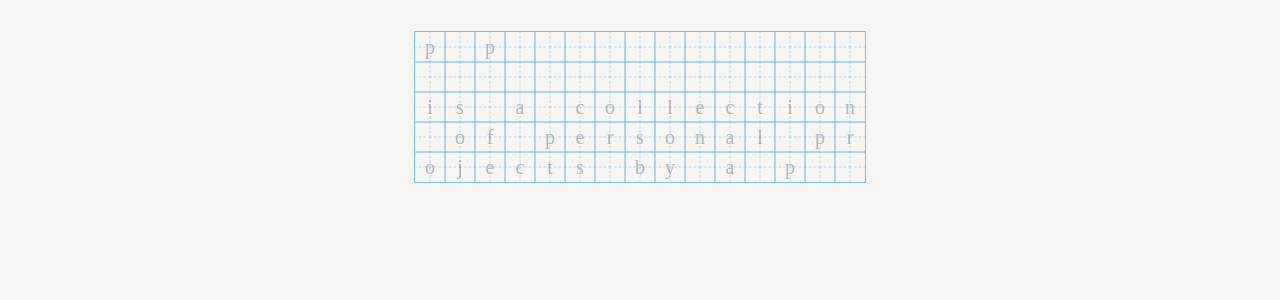
Repository: pyrcl090/p-p
Page: index.html
The author's editor kept a copy of each file at every save. The page is drawn from the files as they stood at one save, then again after the next save.
The browser window is 1280 px wide. The pictures show the whole page.
The page's requests for data from a server got no answer. Some web fonts or font styles are not loaded; a fallback is used.

Above is the page before, as saved 2025-04-19 23:38:24.

### index.html
<!DOCTYPE html>
<html lang="en">
<head>
    <meta charset="UTF-8">
    <meta name="viewport" content="width=device-width, initial-scale=1.0">
    <title>P</title>
    <link rel="stylesheet" href="style.css">
</head>
<body>

    <div class="grid-wrapper">
        <div class="grid-border" id="grid-border">
          <!-- JavaScript will populate .grid-item elements here -->
        </div>
      </div>

        <!-- <div class="grid-wrapper">
          <div class="grid-container"></div>
          <div class="overlay-grid"></div>
        </div> -->

        <script src="script.js" async defer></script>
</body>
</html>

### style.css
@font-face {
  font-family: 'HMP';
  src: url("./assets/hiragino-maru-gothic-pron-w4.otf") format("truetype");
}

a {
  color: rgb(167, 151, 0);
  opacity: .5;
}

html, body {
  background-color: rgb(247, 246, 242);
  margin: 0;
  padding: 0;
  font-family: 'HMP';
}

body {

}

.grid-wrapper {
  padding: 2em;
  display: flex;
  justify-content: flex-start;
  align-items: center;
  flex-direction: column;
  width: 100%;
  min-height: 100vh;
  box-sizing: border-box;
}

.grid-border {
  display: flex;
  flex-direction: column;
  align-items: center;
  gap: 2em;
}

/* Inner container holding grid + overlay */
.grid-wrapper-inner {
  position: relative;
  display: inline-block;
  line-height: 0;
}

/* Grid background */
.grid-columns-rows {
  display: grid;
  grid-template-columns: repeat(15, 30px);
  grid-auto-rows: 30px;
  gap: 0;
  outline: 1px solid rgb(88, 181, 253);
  pointer-events: none;
  z-index: 1;
}

/* Each subcell (quad layout) */
.grid-columns-rows .grid-item {
  display: grid;
  grid-template-columns: repeat(2, 1fr);
  grid-template-rows: repeat(2, 1fr);
  width: 30px;
  height: 30px;
  outline: 0.5px solid rgb(88, 181, 253);
  opacity: 0.6;
}

.sub-cell {
  outline: 0.15px dashed rgb(88, 181, 253);
  opacity: 0.4;
  width: 100%;
  height: 100%;
}

/* Overlaid text */
.grid-content {
  display: grid;
  grid-template-columns: repeat(15, 30px);
  grid-auto-rows: 30px;
  gap: 0;
  position: absolute;
  top: 0;
  left: 0;
  z-index: 2;
}

.overlay-item {
  width: 30px;
  height: 30px;
  font-size: 20px;
  text-align: center;
  display: flex;
  justify-content: center;
  align-items: center;
  font-family: 'HMP';
  color: rgba(113, 113, 113, 0.6);
  line-height: 1;
  white-space: nowrap;
  pointer-events: auto;
}

.grid-image {
  width: 100%;  /* Ensure it fills the available width of the wrapper */
  display: block;  /* Block display to avoid inline issues */
  object-fit: contain;  /* Maintain aspect ratio and fit within the container */
  max-height: calc(30px * 10);  /* Ensure the image doesn't exceed the height of 5 rows */
  margin: 0; /* Remove any default margin */
  opacity: .9;
}

.grid-image-wrapper {
  display: flex;  /* Flexbox enables easy alignment of the image */
  justify-content: flex-start;  /* Default alignment to center, you can change it via JS */
  align-items: flex-start;  /* Vertically center the image */
  width: 100%;  /* Make sure it spans the full width of the grid column */
  height: calc(30px * 5);  /* Ensure it takes up exactly 5 rows in height */
}

.grid-item {
  display: flex;
  flex-direction: column;
  width: fit-content;
  opacity: .8;
}

.grid-item.channel-name {
  cursor: pointer;
}

.grid-item.channel-content {
  display: none;
}
/* .content-separator {
  grid-column: span 15;
  height: 30px;
} */

### script.js
const channels = [
  'p-pp-vz1bkeezvp0',
  'read-re_d-rode',
  'putaiinnnnn'
];

const menuItems = [
  {
    title: 'p p',
    content: '                          is a collection of personal projects by a p '
  }
];

const gridBorder = document.getElementById('grid-border');
const cols = 15;
const cellSize = 30;
let currentlyOpenId = null;
const loadedChannels = new Set();

function createGridStructure(numItems) {
  const grid = document.createElement('div');
  grid.className = 'grid-columns-rows';
  const rows = Math.ceil(numItems / cols);
  const totalCells = rows * cols;

  for (let i = 0; i < totalCells; i++) {
    const cell = document.createElement('div');
    cell.className = 'grid-item';

    for (let j = 0; j < 4; j++) {
      const sub = document.createElement('div');
      sub.className = 'sub-cell';
      cell.appendChild(sub);
    }

    grid.appendChild(cell);
  }

  return grid;
}

function createOverlayItem(char, isLink = false, href = '') {
  const div = document.createElement('div');
  div.className = 'overlay-item';

  if (isLink) {
    const a = document.createElement('a');
    a.href = href;
    a.target = '_blank';
    a.textContent = char;
    a.style.textDecoration = 'none';
    a.style.color = 'inherit';
    div.appendChild(a);
  } else {
    div.textContent = char;
  }

  return div;
}

function addTextBlock(text, container) {
  for (const char of text) {
    const div = createOverlayItem(char);
    container.appendChild(div);
  }

  const remainder = text.length % cols;
  if (remainder !== 0) {
    for (let i = 0; i < cols - remainder; i++) {
      container.appendChild(document.createElement('div'));
    }
  }
}

// ✅ New function to fetch all blocks across pages
async function fetchAllBlocks(slug) {
  let page = 1;
  let blocks = [];
  let hasMore = true;

  while (hasMore) {
    const res = await fetch(`https://api.are.na/v2/channels/${slug}?per=100&page=${page}`);
    const data = await res.json();
    blocks = blocks.concat(data.contents);
    hasMore = data.contents.length === 100;
    page++;
  }

  console.log(`Fetched ${blocks.length} blocks from channel: ${slug}`);
  return blocks;
}

async function fillChannelContent(contentEl, slug) {
  console.log('Filling channel content:', slug);

  try {
    const [channelMeta, blocks] = await Promise.all([
      fetch(`https://api.are.na/v2/channels/${slug}?per=1`).then(res => res.json()),
      fetchAllBlocks(slug)
    ]);

    let totalCells = 0;

    // ✅ Add channel description first (if any)
    if (channelMeta.metadata?.description) {
      console.log(`Channel description: ${channelMeta.metadata.description}`);
      addTextBlock(channelMeta.metadata.description, contentEl);
      totalCells += channelMeta.metadata.description.length;
      totalCells += (cols - (channelMeta.metadata.description.length % cols)) % cols;
    }

    for (const block of blocks) {
      console.log(`Block class: ${block.class}`, block);

      if (block.image?.display?.url) {
        const img = document.createElement('img');
        img.src = block.image.display.url;
        img.className = 'grid-image';

        const colSpan = 15;
        const rowSpan = 10;

        img.style.gridColumn = `span ${colSpan}`;
        img.style.gridRow = `span ${rowSpan}`;
        img.style.justifySelf = Math.random() > 0.5 ? 'flex-start' : 'flex-end';

        contentEl.appendChild(img);
        totalCells += colSpan * rowSpan;
      }

      if (block.file?.url) {
        const fileLink = document.createElement('a');
        fileLink.href = block.file.url;
        fileLink.target = '_blank';
        fileLink.textContent = `View file: ${block.file.name || 'Document'}`;
        contentEl.appendChild(fileLink);
        contentEl.appendChild(document.createElement('br'));

        totalCells += 2;
      }

      const text = block.content || block.title || block.body || '';
      if (text) {
        addTextBlock(text, contentEl);
        totalCells += text.length;
        totalCells += (cols - (text.length % cols)) % cols;
      }
    }

    const rowsNeeded = Math.ceil(totalCells / cols);
    const totalCellsNeeded = rowsNeeded * cols;
    console.log(`Total cells needed: ${totalCellsNeeded}`);

    const wrapper = contentEl.closest('.grid-wrapper-inner');
    const oldGrid = wrapper.querySelector('.grid-columns-rows');
    if (oldGrid) oldGrid.remove();

    const newGrid = createGridStructure(totalCellsNeeded);
    wrapper.insertBefore(newGrid, contentEl);

    loadedChannels.add(slug);
    console.log(`Finished rendering content for: ${slug}`);
  } catch (error) {
    console.error(`Error filling content for ${slug}:`, error);
  }
}

function toggleContent(id, slug) {
  const contentWrapper = document.getElementById(id);
  const contentItem = contentWrapper.closest('.channel-content');

  if (currentlyOpenId && currentlyOpenId !== id) {
    const prevWrapper = document.getElementById(currentlyOpenId);
    const prevItem = prevWrapper?.closest('.channel-content');
    if (prevItem) prevItem.style.display = 'none';
  }

  const isOpen = contentItem.style.display === 'block';

  if (isOpen) {
    contentItem.style.display = 'none';
    currentlyOpenId = null;
  } else {
    contentItem.style.display = 'block';
    currentlyOpenId = id;

    if (!loadedChannels.has(slug)) {
      fillChannelContent(contentWrapper, slug);
    }
  }
}

function createChannelItem(channelData, index) {
  const slug = channelData.slug;
  const title = channelData.title || `Channel ${index + 1}`;
  const contentId = `channel-content-${index}`;

  const nameItem = document.createElement('div');
  nameItem.className = 'grid-item channel-name';

  const grid = createGridStructure(title.length);
  const content = document.createElement('div');
  content.className = 'grid-content';

  for (const char of title) {
    const item = createOverlayItem(char);
    item.style.cursor = 'pointer';
    item.addEventListener('click', () => toggleContent(contentId, slug));
    content.appendChild(item);
  }

  const wrapper = document.createElement('div');
  wrapper.className = 'grid-wrapper-inner';
  wrapper.appendChild(grid);
  wrapper.appendChild(content);
  nameItem.appendChild(wrapper);
  gridBorder.appendChild(nameItem);

  const contentItem = document.createElement('div');
  contentItem.className = 'grid-item channel-content';
  contentItem.style.display = 'none';

  const contentGrid = createGridStructure(200); // Initial placeholder
  const contentOverlay = document.createElement('div');
  contentOverlay.className = 'grid-content';
  contentOverlay.id = contentId;

  const contentWrapper = document.createElement('div');
  contentWrapper.className = 'grid-wrapper-inner';
  contentWrapper.appendChild(contentGrid);
  contentWrapper.appendChild(contentOverlay);

  contentItem.appendChild(contentWrapper);
  gridBorder.appendChild(contentItem);
}

// ✅ Renders the always-visible menu with title and content
function renderMenu() {
  menuItems.forEach((menuData, index) => {
    const text = `${menuData.title}\n${menuData.content}`;
    const textLength = text.length;

    const menuItem = document.createElement('div');
    menuItem.className = 'grid-item channel-content';
    menuItem.style.display = 'block';

    const menuGrid = createGridStructure(textLength);
    const menuContent = document.createElement('div');
    menuContent.className = 'grid-content';

    addTextBlock(text, menuContent);

    const menuWrapper = document.createElement('div');
    menuWrapper.className = 'grid-wrapper-inner';
    menuWrapper.appendChild(menuGrid);
    menuWrapper.appendChild(menuContent);

    menuItem.appendChild(menuWrapper);
    gridBorder.appendChild(menuItem);
  });
}

// ✅ Initialize menu and channels
renderMenu();

channels.forEach((slug, index) => {
  fetch(`https://api.are.na/v2/channels/${slug}?per=1`)
    .then(res => res.json())
    .then(data => {
      data.slug = slug;
      createChannelItem(data, index);
    });
});

After the next save:
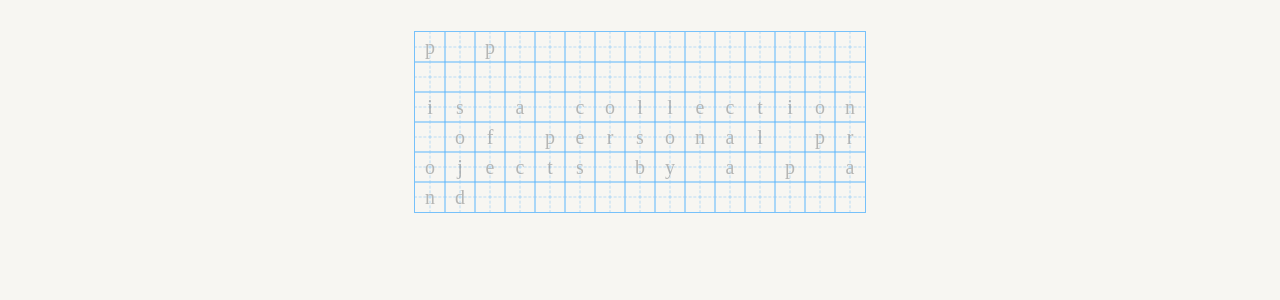
Saved 6 s later.
--- a/script.js
+++ b/script.js
@@ -7,7 +7,7 @@
 const menuItems = [
   {
     title: 'p p',
-    content: '                          is a collection of personal projects by a p '
+    content: '                          is a collection of personal projects by a p and '
   }
 ];
 

After the save that followed:
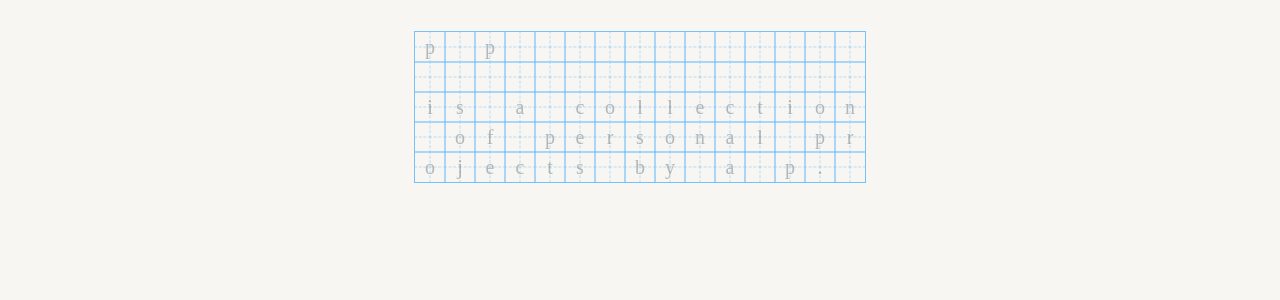
Saved 6 s later.
--- a/script.js
+++ b/script.js
@@ -7,7 +7,7 @@
 const menuItems = [
   {
     title: 'p p',
-    content: '                          is a collection of personal projects by a p and '
+    content: '                          is a collection of personal projects by a p. '
   }
 ];
 
